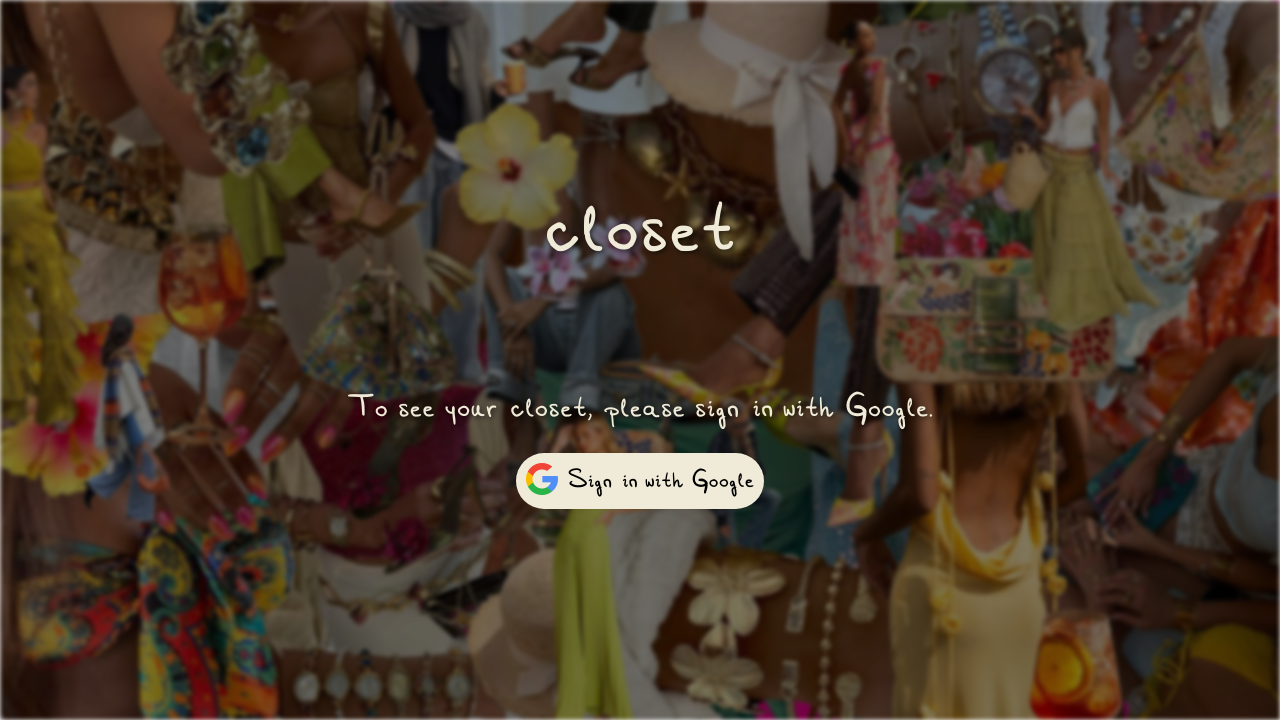
Repository: karla-sikavica/theCloset
Page: / (app in frontend/)
The author's editor kept a copy of each file at every save. The page is drawn from the files as they stood at one save, then again after the next save.
The browser window is 1280 px wide. The pictures show the whole page.
The project was rebuilt for these pictures with package versions that can differ from the ones it lists, and the page was loaded fresh each time. Also part of the build but not shown: frontend/vite.config.ts.

Above is the page before, as saved 2025-04-10 16:42:23.

After the next save:
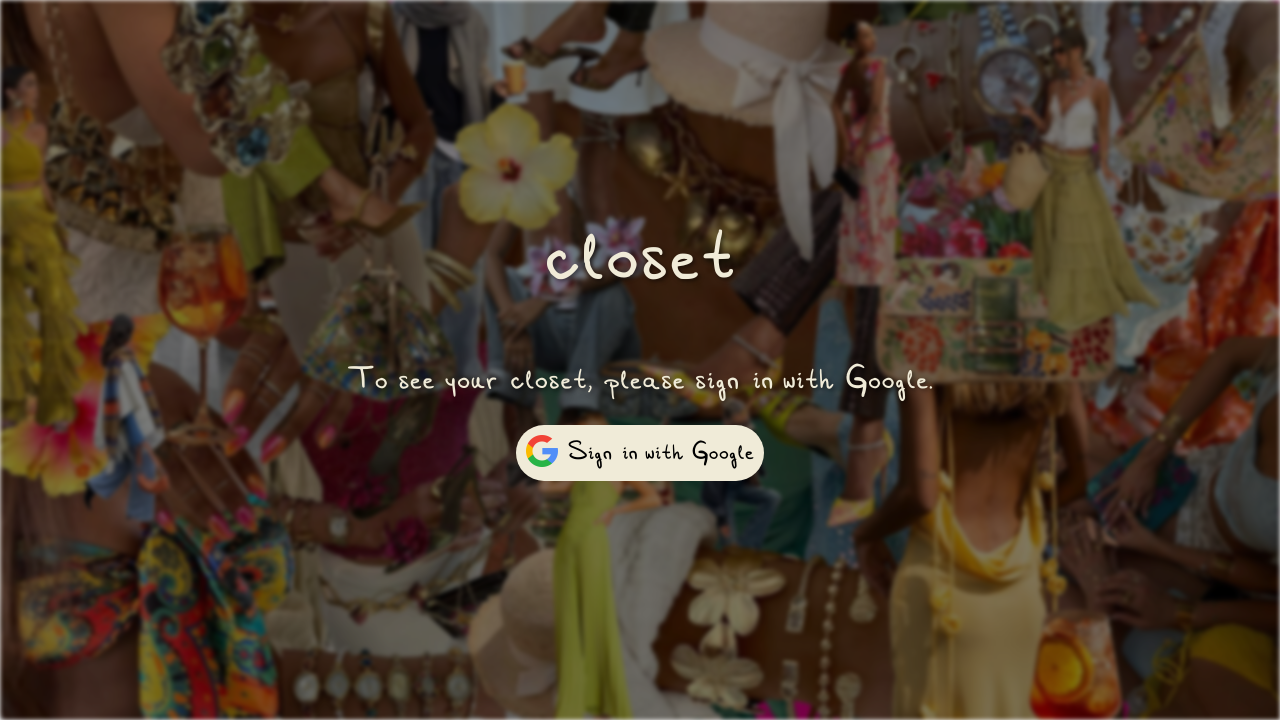
Saved 11 s later.
--- a/frontend/src/pages/css/Login.module.css
+++ b/frontend/src/pages/css/Login.module.css
@@ -12,7 +12,7 @@
   /* Main title styling */
   .loginTitle {
     font-size: 150px;
-    margin-bottom: 10vw;
+    margin-bottom: 10vh;
     font-weight: bold;
     font-family: 'Kalla', sans-serif;
   }
